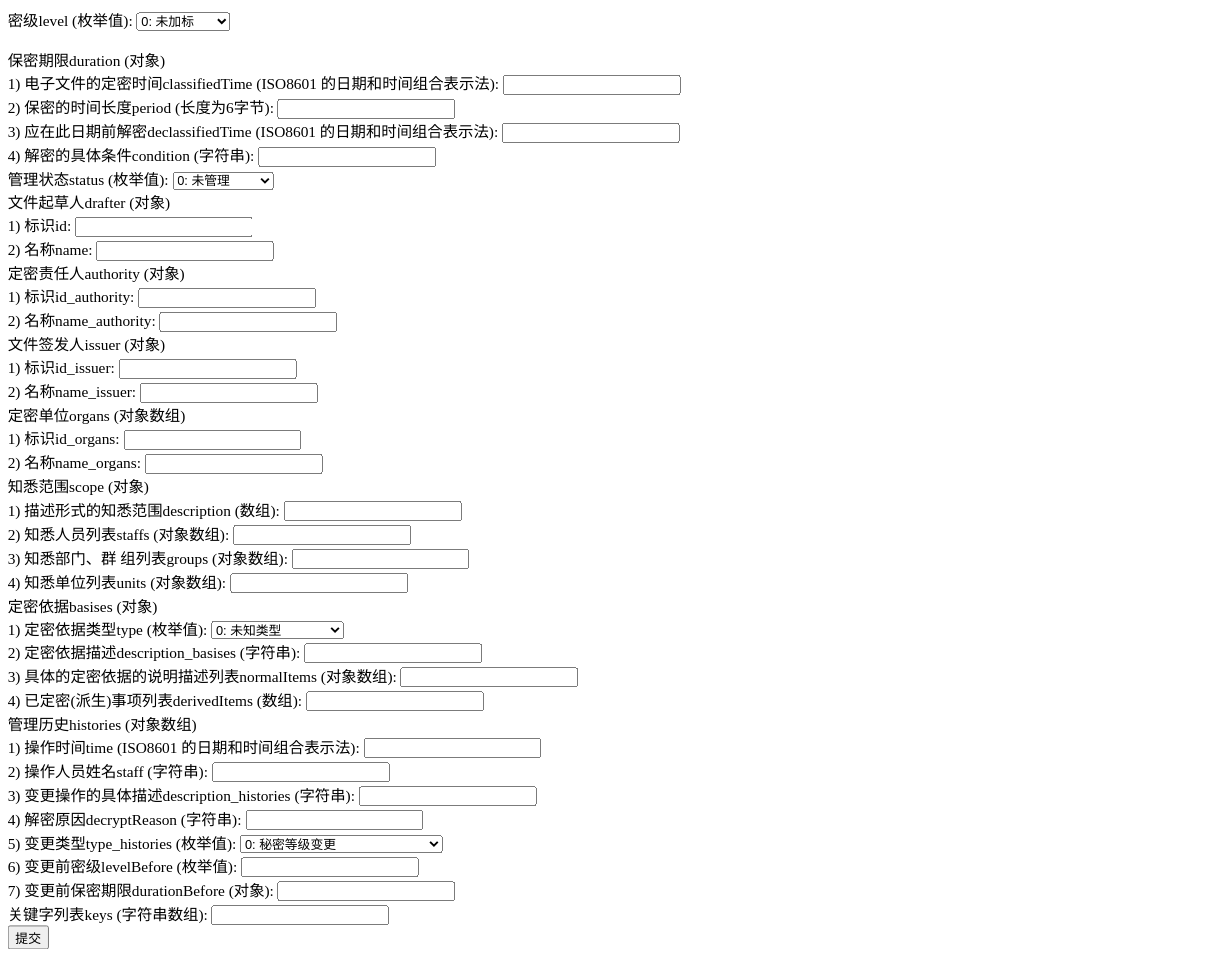
Repository: karlinglee93/eclipse-workspace
Page: jsp_test/WebContent/test_1.html
The author's editor kept a copy of each file at every save. The page is drawn from the files as they stood at one save, then again after the next save.
The browser window is 1280 px wide. The pictures show the whole page, at 96% of full size.

Above is the page before, as saved 2018-07-05 01:45:52.

After the next save:
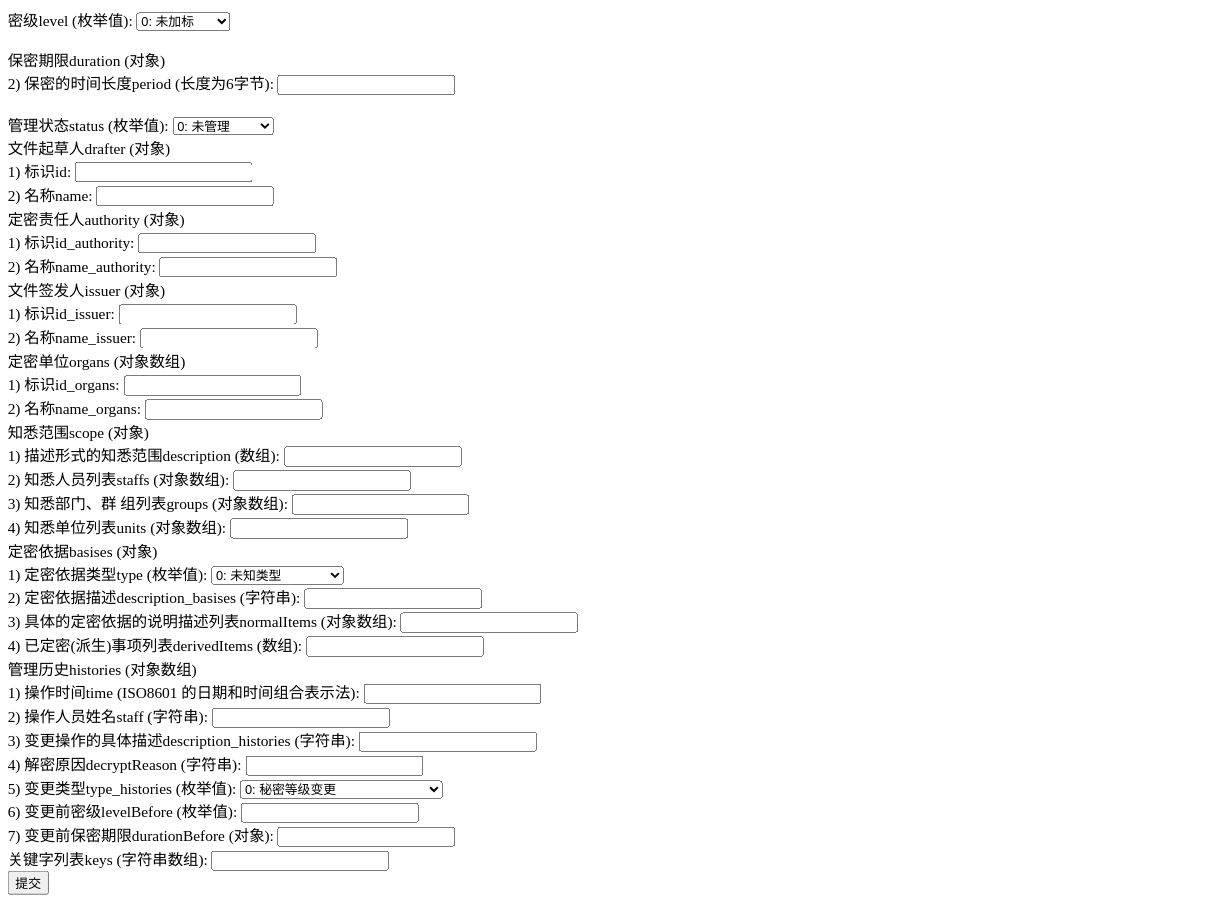
Saved 22 s later.
--- a/jsp_test/WebContent/test_1.html
+++ b/jsp_test/WebContent/test_1.html
@@ -24,22 +24,10 @@
 <br />
 
 保密期限duration (对象)
-<!--不足之处：
-	1）ISO8601 的日期和时间组合表示法必须人工手打；
-	2）period 和declassifiedTime 之间应该存在一定的逻辑关系；
-	3）condition 和其他关键字也应该存在逻辑关系。  -->
-<br />
-1) 电子文件的定密时间classifiedTime (ISO8601 的日期和时间组合表示法):
-<input type="text" name="classifiedTime" />
 <br />
 2) 保密的时间长度period (长度为6字节):
 <input type="text" name="period" />
 <br />
-3) 应在此日期前解密declassifiedTime (ISO8601 的日期和时间组合表示法):
-<input type="text" name="declassifiedTime" />
-<br />
-4) 解密的具体条件condition (字符串):
-<input type="text" name="condition" />
 <br />
 
 管理状态status (枚举值):
